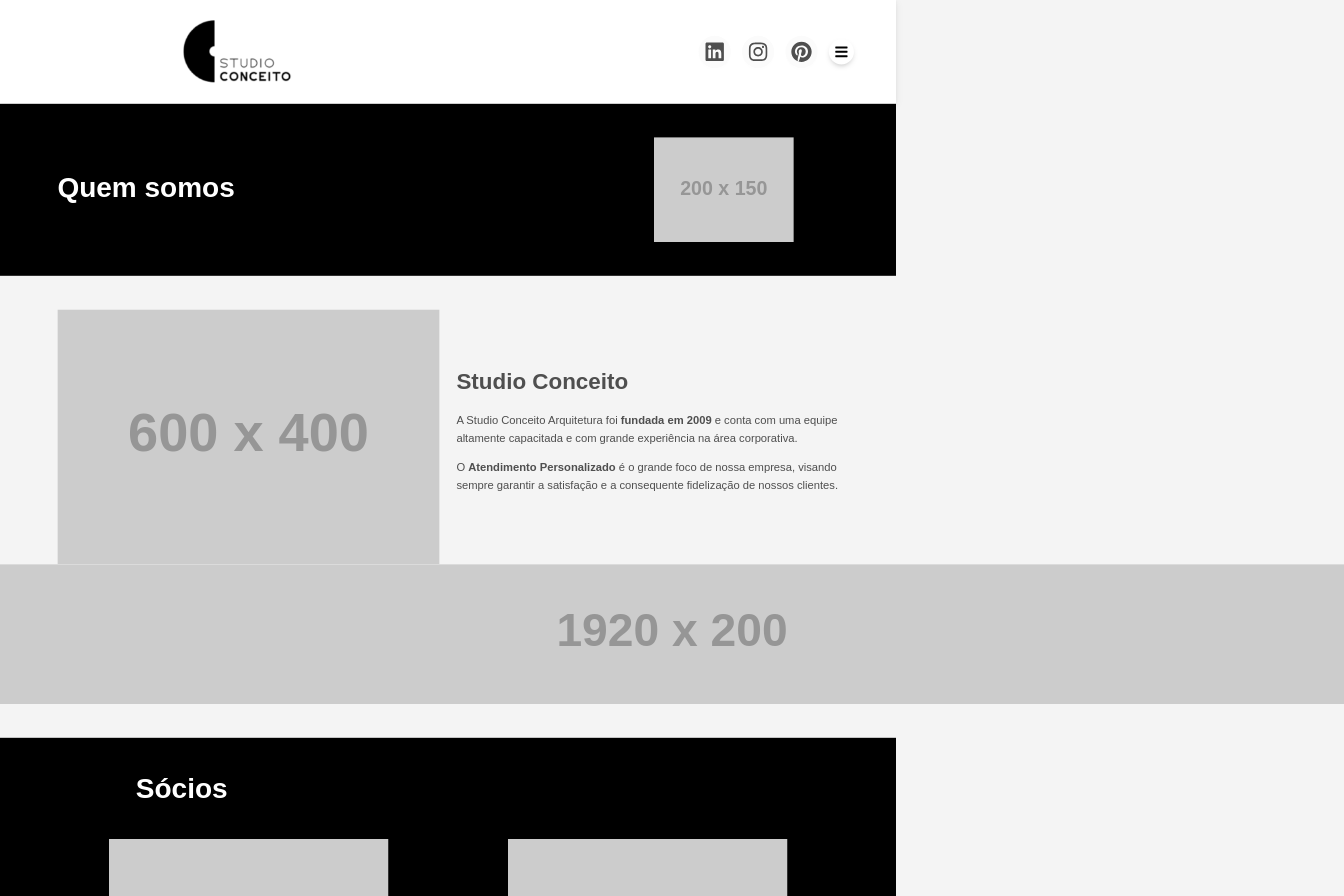
Repository: Upstairs-Agencia/studio-conceito-react
Page: /quem-somos
These files come from the project's save history. The page is drawn as it stood at one moment and after the next save; the edit follows.
The browser window is 1280 px wide. The page is 1920 px wide, so the pictures cover 1920 px, including what lies to the right of the window. The pictures show the part of the page from y = 0 to 1280 px (the page is 3571 px tall), at 70% of full size.
The project was rebuilt for these pictures with package versions that can differ from the ones it lists, and the page was loaded fresh each time. Also part of the build but not shown: src/pages/Home.js, src/pages/Servicos.js, src/styles/cases.css, src/pages/Cases.js, src/pages/Blog.js, src/pages/Clientes.js, src/pages/Contato.js.

Above is the page before, as saved 2024-12-29 13:03:53.

### public/index.html
<!DOCTYPE html>
<html lang="en">
  <head>
    <meta charset="utf-8" />
    <link rel="icon" href="%PUBLIC_URL%/favicon.ico" />
    <meta name="viewport" content="width=device-width, initial-scale=1" />
    <meta name="theme-color" content="#000000" />
    <meta
      name="description"
      content="Web site created using create-react-app"
    />
    <link rel="apple-touch-icon" href="%PUBLIC_URL%/logo192.png" />
    <!--
      manifest.json provides metadata used when your web app is installed on a
      user's mobile device or desktop. See https://developers.google.com/web/fundamentals/web-app-manifest/
    -->
    <link rel="manifest" href="%PUBLIC_URL%/manifest.json" />
    <!--
      Notice the use of %PUBLIC_URL% in the tags above.
      It will be replaced with the URL of the `public` folder during the build.
      Only files inside the `public` folder can be referenced from the HTML.

      Unlike "/favicon.ico" or "favicon.ico", "%PUBLIC_URL%/favicon.ico" will
      work correctly both with client-side routing and a non-root public URL.
      Learn how to configure a non-root public URL by running `npm run build`.
    -->
    <title>Studio Conceito</title>
  </head>
  <body>
    <noscript>You need to enable JavaScript to run this app.</noscript>
    <div id="root"></div>
    <!--
      This HTML file is a template.
      If you open it directly in the browser, you will see an empty page.

      You can add webfonts, meta tags, or analytics to this file.
      The build step will place the bundled scripts into the <body> tag.

      To begin the development, run `npm start` or `yarn start`.
      To create a production bundle, use `npm run build` or `yarn build`.
    -->
  </body>
</html>

### src/index.js

import React from 'react';
import ReactDOM from 'react-dom';
import App from './App';
import 'mdb-react-ui-kit/dist/css/mdb.min.css'; // MDB styles
import './index.css'; // Global styles

ReactDOM.render(
  <React.StrictMode>
    <App />
  </React.StrictMode>,
  document.getElementById('root')
);

### src/App.js

import React from 'react';
import { BrowserRouter as Router, Routes, Route } from 'react-router-dom';
import Home from './pages/Home';
import QuemSomos from './pages/QuemSomos';
import Servicos from './pages/Servicos';
import Cases from './pages/Cases';
import Blog from './pages/Blog';
import Clientes from './pages/Clientes';
import Contato from './pages/Contato';

function App() {
  return (
    <Router>
      <Routes>
        <Route path="/" element={<Home />} />
        <Route path="/quem-somos" element={<QuemSomos />} />
        <Route path="/servicos" element={<Servicos />} />
        <Route path="/cases" element={<Cases />} />
        <Route path="/blog" element={<Blog />} />
        <Route path="/clientes" element={<Clientes />} />
        <Route path="/contato" element={<Contato />} />
      </Routes>
    </Router>
  );
}

export default App;

### src/index.css

body {
  margin: 0;
  font-family: Arial, sans-serif;
  background-color: #f4f4f4;
}

### src/components/navbar.js
import React, { useState } from "react";

import Logo from "../images/logoBlack.png";

import {
  MDBNavbar,
  MDBNavbarBrand,
  MDBContainer,
} from "mdb-react-ui-kit";
import { FaLinkedin, FaInstagram, FaPinterest, FaBars } from "react-icons/fa";
import { IoIosClose } from "react-icons/io";
import { Link } from "react-router-dom";

import SeloGptw from "../images/selo-gptw.png";

const Navbar = () => {
  const [showMenu, setShowMenu] = useState(false);

  return (
    <>
      {/* Navbar */}
      <MDBNavbar dark bgColor="white" className="py-4 px-5">
        <MDBContainer fluid className="d-flex justify-content-between align-items-center">
          {/* Logo */}
          <MDBNavbarBrand href="#" className="ms-5">
            <img
              src={Logo}
              alt="Logo"
              style={{ maxHeight: "90px", marginLeft: "12vw"}}
            />
          </MDBNavbarBrand>

          {/* Social Icons and Menu Toggle */}
          <div className="d-flex align-items-center">
            {/* Social Icons */}
            <div className="d-flex gap-3 me-3">
              <button className="btn btn-light rounded-circle p-2">
                <FaLinkedin size={30} />
              </button>
              <button className="btn btn-light rounded-circle p-2">
                <FaInstagram size={30} />
              </button>
              <button className="btn btn-light rounded-circle p-2">
                <FaPinterest size={30} />
              </button>
            </div>

            {/* FaBars Icon for Sidebar */}
            <button
              className="btn rounded-circle p-2"
              style={{
                background: "none",
                border: "none",
                cursor: "pointer",
              }}
              onClick={() => setShowMenu(!showMenu)}
            >
              <FaBars size={20} color="black" />
            </button>
          </div>
        </MDBContainer>
      </MDBNavbar>

      {/* Sidebar Menu */}
      {showMenu && (
        <div
          className="position-fixed top-0 end-0 bg-white vh-100 vw-350 shadow-lg d-flex flex-column"
          style={{ zIndex: 1050, width: "500px" }}
        >
          <div className="d-flex justify-content-end p-3">
            {/* Close Button */}
            <button
              className="p-0"
              style={{
                background: "none",
                border: "none",
                cursor: "pointer",
              }}
              onClick={() => setShowMenu(false)}
            >
              <IoIosClose size={40} />
            </button>
          </div>





          <div className="p-4 flex-grow-1">
            {/* Menu Items */}
            <ul className="list-unstyled">
              {[
                { label: "Home", link: "/" },
                { label: "Quem somos", link: "/quem-somos" },
                { label: "Serviços", link: "/servicos" },
                { label: "Cases", link: "/cases" },
                { label: "Blog", link: "/blog" },
                { label: "Clientes", link: "/clientes" },
                { label: "Contato", link: "/contato" },
              ].map((item, index) => (
                <li key={index} className="py-2">
                  <Link
                    to={item.link}
                    className="text-decoration-none fs-6"
                    style={{
                      transition: "all 0.3s ease-in-out", // Transição suave
                      color:"black"
                    }}
                    onMouseOver={(e) => {
                      e.currentTarget.style.color = "#FF7F30"; // Altera a cor
                      e.currentTarget.style.fontWeight = "bold"; // Negrito
                    }}
                    onMouseOut={(e) => {
                      e.currentTarget.style.color = "black"; // Retorna à cor original
                      e.currentTarget.style.fontWeight = "normal"; // Retira o negrito
                    }}
                  >
                    {item.label}
                  </Link>
                </li>
              ))}
            </ul>
          </div>



          {/* Footer Section */}
          <div className="d-flex justify-content-between align-items-center px-4 pb-4">
            {/* Social Icons */}
            <div className="d-flex gap-3">
              <button className="btn btn-dark rounded-circle p-2">
                <FaLinkedin size={20} color="white" />
              </button>
              <button className="btn btn-dark rounded-circle p-2">
                <FaInstagram size={20} color="white" />
              </button>
              <button className="btn btn-dark rounded-circle p-2">
                <FaPinterest size={20} color="white" />
              </button>
            </div>

            {/* Placeholder Image */}
            <img
              src={SeloGptw}
              alt="Great Place to Work"
              style={{ maxHeight: "200px", marginBottom: "4rem" }}
            />
          </div>
        </div>
      )}
    </>
  );
};

export default Navbar;

### src/components/footer.js
import React from "react";
import { MDBFooter, MDBContainer, MDBRow, MDBCol } from "mdb-react-ui-kit";
import Logo from "../images/logoBlack.png";
import "../styles/footer.css";

const Footer = () => {
  return (
    <MDBFooter className="footer-container text-center text-white">
      <MDBContainer className="p-4 footer-content">

        <MDBRow className="content-signature">
            {/* Logo e Nome */}
            <MDBCol md="4" className="mb-4 footer-left">
                <img
                    src={Logo}
                    alt="Studio Conceito Logo"
                    className="footer-logo"
                />

                {/* Navegação */}
                <MDBCol md="4" className="mb-3 footer-center">
                    <nav className="footer-nav">
                        <a href="/">Home</a>
                        <a href="/quem-somos"> Quem somos </a>
                        <a href="/servicos">Serviços</a>
                        <a href="/cases">Cases</a>
                        <a href="/blog">Blog</a>
                        <a href="/clientes">Clientes</a>
                        <a href="/contato" className="footerHighlight">
                            Contato
                        </a>
                    </nav>
                </MDBCol>

            </MDBCol>

            {/* Direitos Reservados */}
            <MDBCol md="4" className="mb-4 footer-right">
                <p className="mb-0">2023 &copy; Todos os direitos reservados</p>
            </MDBCol>

        </MDBRow>



      </MDBContainer>
    </MDBFooter>
  );
};

export default Footer;

### src/styles/quemsomos.css
.socios{
    background-color: #000;
}

.titulosocios{
    margin-left: 7rem;
}

/* Título: Atendemos em todo Brasil */
.title-container {
    text-align: left;
  }

  .atendemos-title {
    font-size: 2.5rem;
    font-weight: normal;
    color: #000;
  }

  .brasil-title {
    font-size: 2.5rem;
    font-weight: bold;
    color: #000;
    margin-top: -10px; /* Para aproximar os textos */
  }

  /* Texto em letras maiores */
  .text-large {
    font-size: 1.2rem;
    line-height: 1.8;
    text-align: left;
  }

  /* Missão, Visão e Valores */
  .mission-row {
    justify-content: space-between;
  }

  .mission-col {
    text-align: left;
    max-width: 400px;
  }

  .icon-container {
    margin-bottom: 10px;
  }

  .divider {
    width: 100%;
    height: 2px;
    background-color: #000;
    margin: 10px auto;
  }

  .mvvsection{
    margin-bottom: 4rem;
  }

  /* Equipe Section */
.equipe-section {
    background-color: #000;
    color: #fff;
    height: 408px;
  }

  .equipe-image {
    object-fit: cover;
    height: 100%;
    width: 100%;
    margin-left: -1rem;
  }

  .equipe-text {
    padding: 0 2rem;
  }

  .equipe-text h2 {
    font-size: 2rem;
  }

  .equipe-text p {
    font-size: 1.2rem;
  }

  /* Diversidade Section */
  .diversidade-section {
    background-color: #fff;
    color: #000;
    padding: 3rem 0;
  }

  .diversidade-text p {
    font-size: 1.2rem;
  }

  .diversidade-text .destaque {
    color: #3d7cc9;
    font-weight: bold;
  }

  /* Gráficos */
  .grafico-container {
    position: relative;
    text-align: center;
  }

  .grafico {
    width: 250px;
    height: 250px;
    border-radius: 50%;
    border: 30px solid #eaeaea;
    border-top: 30px solid #3d7cc9;
    transform: rotate(-90deg);
    margin: 0 auto;
  }

  .grafico-percentual {
    position: absolute;
    top: 50%;
    left: 50%;
    transform: translate(-40%, -90%);
    color: #3d7cc9;
    font-weight: bold;
    font-size: 2rem;
  }

  .grafico-label {
    margin-top: 10px;
    font-size: 1rem;
    font-weight: bold;
  }


  /* Responsividade */
  @media (max-width: 768px) {
    .atendemos-title,
    .brasil-title {
      font-size: 2rem;
    }

    .text-large {
      font-size: 1rem;
    }

    .mission-col {
      max-width: 100%;
    }
  }

### src/styles/footer.css
.footer-container {
    background-color: white;
    height: 25vh !important; /* Ocupa 30% da altura da tela */
    display: flex;
    justify-content: center;
    align-items: center;
    color: black;
    font-family: Arial, sans-serif;
    margin: 1rem 0;
  }

  .footer-content {
    height: 100%; /* Garante que o conteúdo ocupe toda a altura do footer */
  }

  .content-signature{
    display: flex;
    flex-direction: row;
  }

  .footer-left {
    display: flex;
    flex-direction: column;
  }

  .footer-logo {
    max-width: 40%; /* Aumenta a imagem para 40% de seu tamanho */
    margin-bottom: 10px;
  }


  .footer-center {
    text-align: center;
    margin: 2rem 0;
  }

  .footer-nav{
    display: flex;
    flex-direction: row;
    justify-content: space-around;
    width:35vw;

  }

  .footerHighlight {
    color: #ff6600 !important;
  }

  .footer-nav a {
    margin: 1px 1rem;
    text-decoration: none;
    color: #000;
    font-size: 1rem;
    transition: color 0.3s ease;
  }

  .footer-nav a:hover {
    color: #ff6600;
  }



  .footer-right {
    text-align: center;
    display: flex;
    justify-content: center;
    align-items: center;
    margin-left: 20vw;
    font-size: 0.9rem;
    color: #000;
  }

Loaded but not shown: src/pages/QuemSomos.js (232 lines, source omitted)

After the next save:
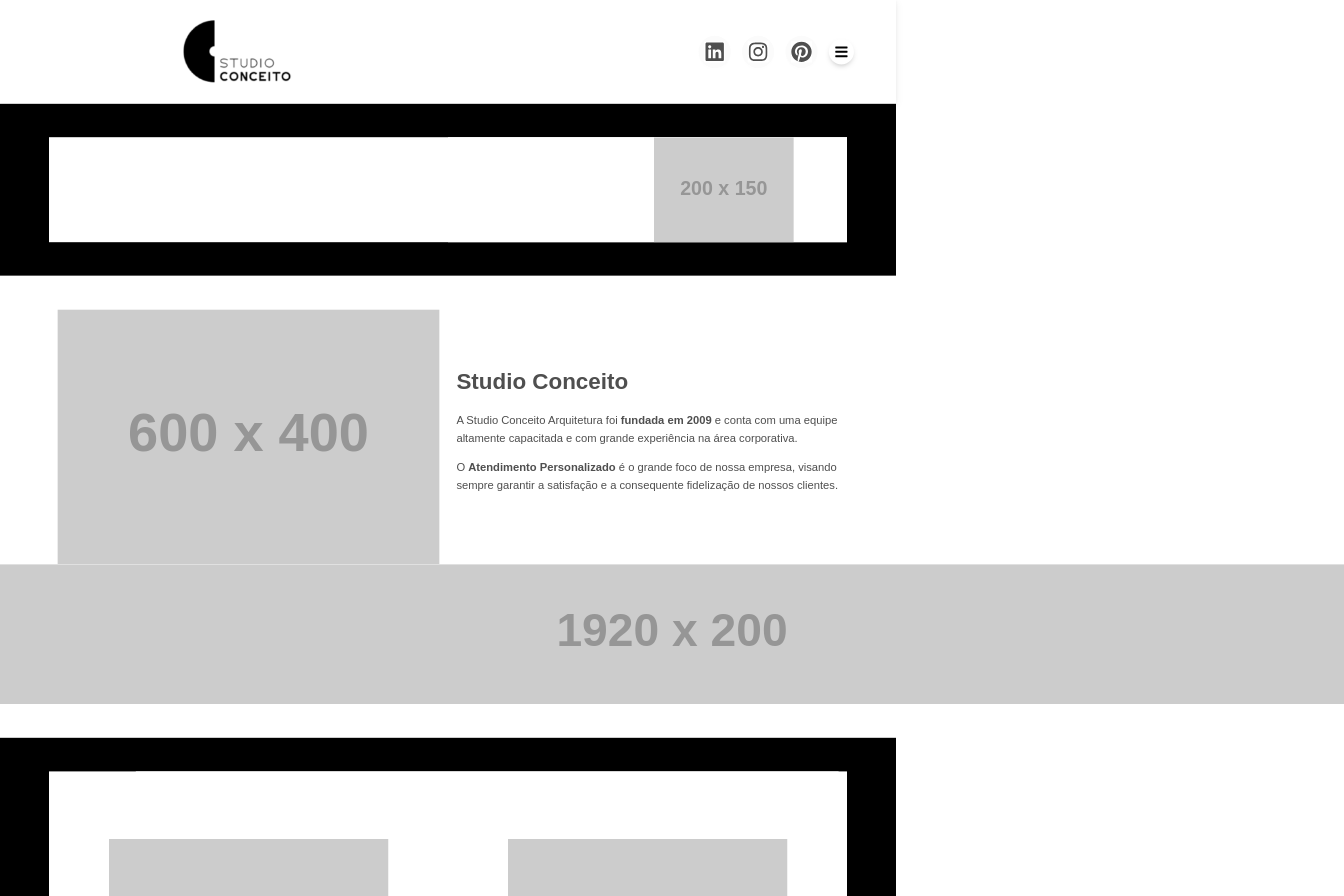
Saved 35 s later.
--- a/src/styles/quemsomos.css
+++ b/src/styles/quemsomos.css
@@ -1,3 +1,7 @@
+*{
+    background-color: #fff;
+}
+
 .socios{
     background-color: #000;
 }

After the save that followed:
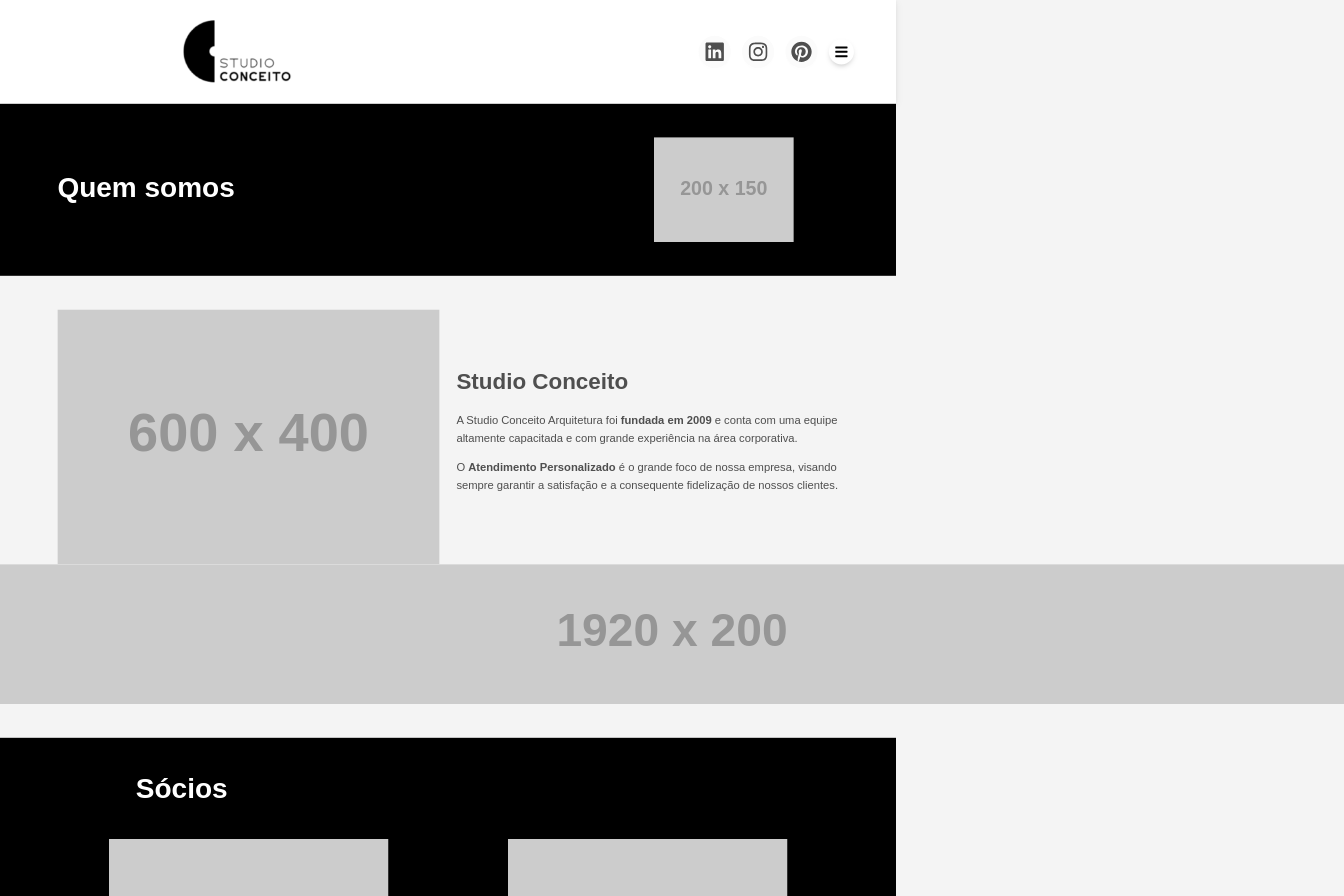
Saved 15 s later.
--- a/src/styles/quemsomos.css
+++ b/src/styles/quemsomos.css
@@ -1,4 +1,4 @@
-*{
+.fundo{
     background-color: #fff;
 }
 
